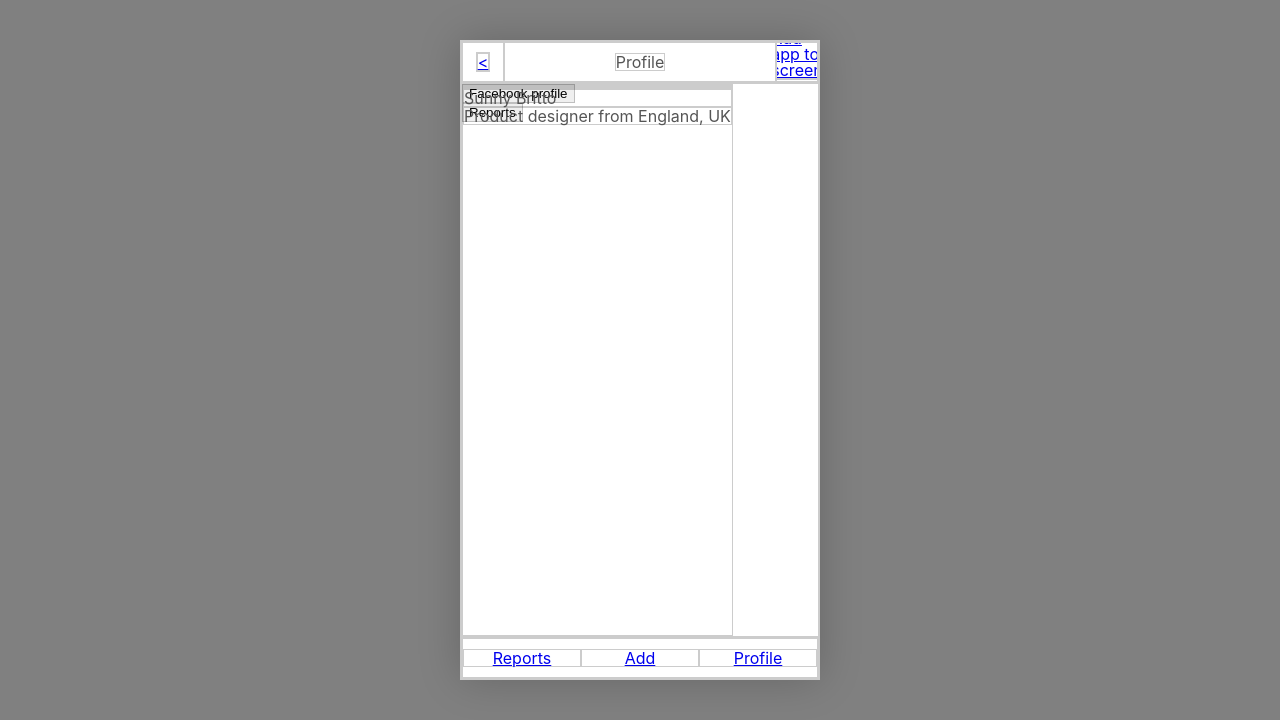
Repository: aleksandrenko/html-css-playground
Page: profile.html
These files come from the project's save history. The page is drawn as it stood at one moment and after the next save; the edit follows.
The browser window is 1280 px wide. The pictures show the whole page.

Above is the page before, as saved 2018-01-19 15:09:33.

### profile.html
<!DOCTYPE html>
<html lang="en">
<head>
  <meta charset="UTF-8">
  <link rel="stylesheet" href="./css/shared.css">
  <link rel="stylesheet" href="./css/pages/profile.css">
</head>
<body>

<app>
  <header>
    <left>
      <history-control>
        <a href="#"><</a>
      </history-control>
    </left>
    <middle>
      <page-name>Profile</page-name>
    </middle>
    <right>
      <context-menu>
        <a href="#">About</a>
        <a href="#">Add app to screen</a>
        <a href="#">Terms of use</a>
      </context-menu>
    </right>
  </header>
  <main>
      <profile>
        <picture>
          <img src="#" alt="">
        </picture>
        <name>Sunny Britto</name>
        <information>Product designer from England, UK</information>
      </profile>
      <button>Facebook profile</button>
      <button>Reports</button>
  </main>
  <footer>
    <nav>
      <a href="#">Reports</a>
      <a href="#">Add</a>
      <a href="profile.html">Profile</a>
    </nav>
  </footer>
</app>

</body>
</html>

### css/shared.css
@import "config.css";
@import "reset.css";
@import "global.css";

@import "debug.css";

@import "layout.css";

### css/pages/profile.css
profile {
  position: absolute;
  top: 0;
  bottom: 0;
  left: 0
}

### css/config.css
:root {
    --header-height: 42px;
    --footer-height: 42px;

    --min-width: 320px;
    --min-height: 460px;

    --text-global-color: #555;
    --text-global-font: "SF Pro Display", "SF Pro Icons", "Helvetica Neue", "Helvetica", "Roboto", "Arial" ,sans-serif;
}

### css/reset.css
html, body, div, span,
h1, h2, h3, h4, h5, h6, p,
a, abbr, acronym, address, img,
small, strike, strong,
b, u, i, center, ol, ul, li,
fieldset, form, label, footer, header,
menu, nav, section {
    margin: 0;
    padding: 0;
    border: 0;
    font-size: 100%;
    font: inherit;
    vertical-align: baseline;
}
/* HTML5 display-role reset for older browsers */
article, aside, details, figcaption, figure,
footer, header, hgroup, menu, nav, section {
    display: block;
}
body {
    line-height: 1;
}
ol, ul {
    list-style: none;
}

### css/global.css
body {
    min-height: var(--min-height);
    min-width: var(--min-width);
}

* {
    box-sizing: border-box;
    display: block;
}

app {
    font-family: var(--text-global-font);
    font-size: 1rem;
    color: var(--text-global-color);
    background: white;

}

### css/debug.css

body {
  background: gray;
}

body * {
  border: solid 1px rgba(0,0,0,0.2);
}

app {
  width: 360px;
  height: 640px;
  box-shadow: 0 0 40px rgba(0, 0, 0, .2);

  top: 50% !important;
  left: 50% !important;
  bottom: auto;
  right: auto;
  transform: translate(-50%, -50%);
}

### css/layout.css
app {
  display: flex;
  flex-direction: column;
  position: fixed;
  top: 0;
  bottom: 0;
  left: 0;
  right: 0;
}

/* app header */

app header {
  display: flex;
  height: 42px;
}

app header left {
  width: 42px;
}

app header > * {
  display: flex;
  justify-content: center;
  align-items: center;
  overflow: hidden;
}

app header middle {
  flex: 1;
}

app header middle page-name {
  text-align: center;
  white-space: nowrap;
  max-width: 90%;
  text-overflow: ellipsis;
  overflow: hidden;
}

app header right {
  width: 42px;
}

/* app main */

app main {
  flex: 1;
  position: relative;
  overflow: hidden;
}

/* app footer */

app footer {
  height: 42px;
  position: relative;
}

app footer nav {
  display: flex;
  flex-direction: row;
  height: 100%;
  align-items: center;
}

app footer nav a {
  flex: 1;
  text-align: center;
}

After the next save:
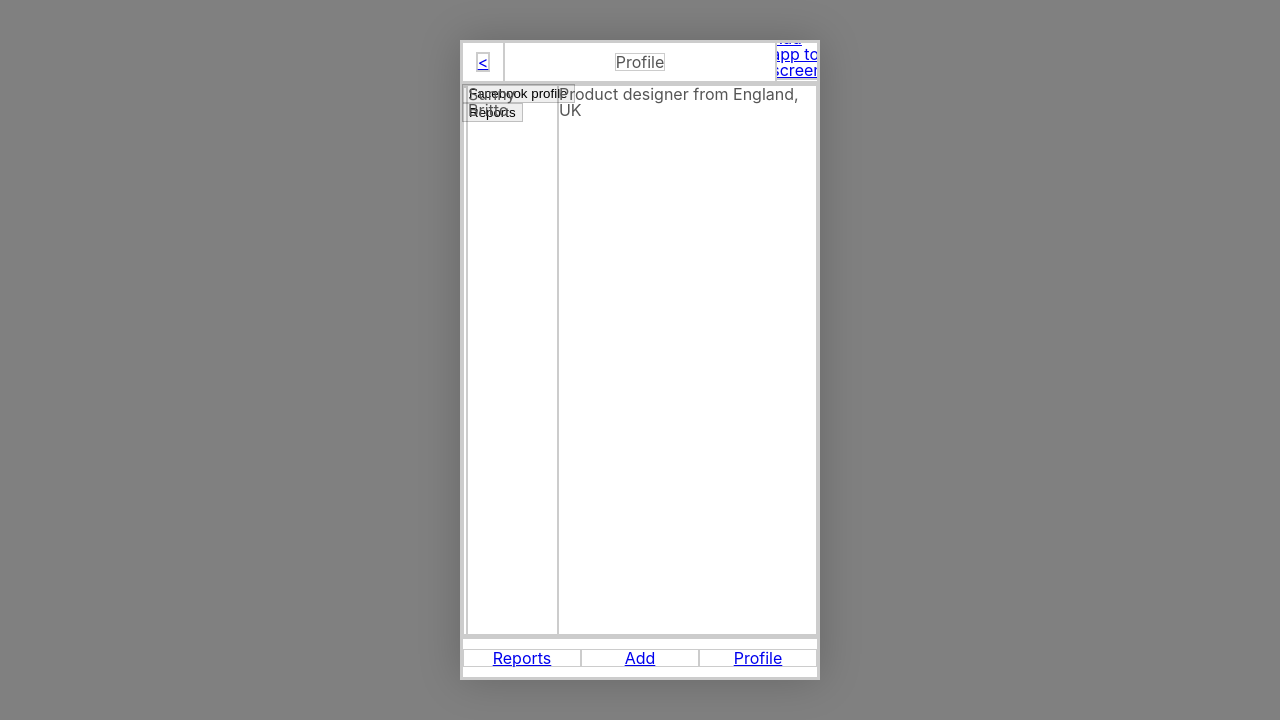
Saved 12 s later.
--- a/css/pages/profile.css
+++ b/css/pages/profile.css
@@ -2,5 +2,9 @@ profile {
   position: absolute;
   top: 0;
   bottom: 0;
-  left: 0
+  left: 0;
+  right: 0;
+
+  display: flex;
+  flex-direction: row;
 }
